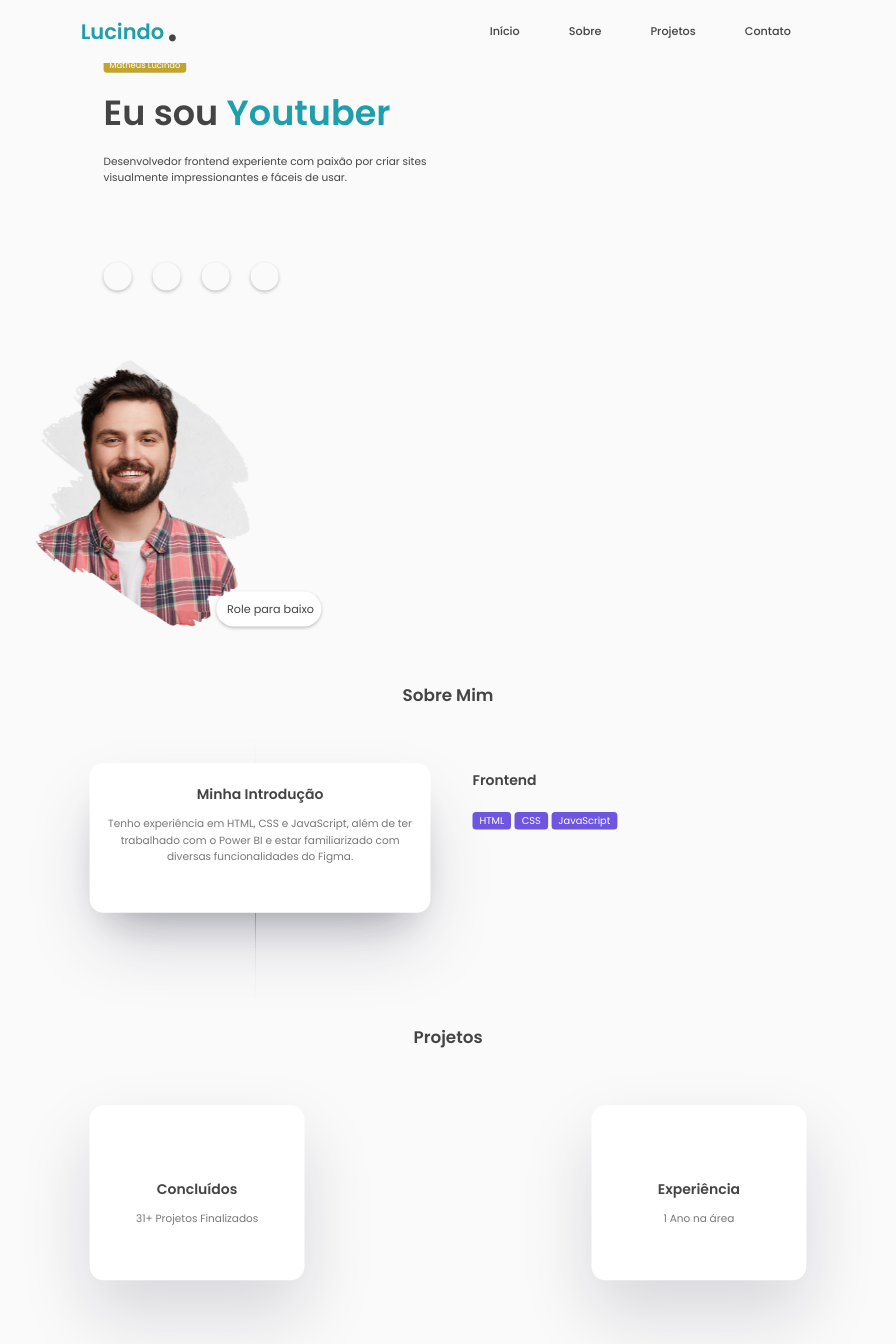
Repository: Matheus904-12/PrePortf
Page: index.html
These files come from the project's save history. The page is drawn as it stood at one moment and after the next save; the edit follows.
The browser window is 1280 px wide. The pictures show the part of the page from y = 0 to 1920 px (the page is 2858 px tall before and 3190 px after), at 70% of full size.
Some icons come from a web library that is not loaded, so they are not drawn.

Above is the page before, as saved 2023-09-29 12:13:18.

After the next save:
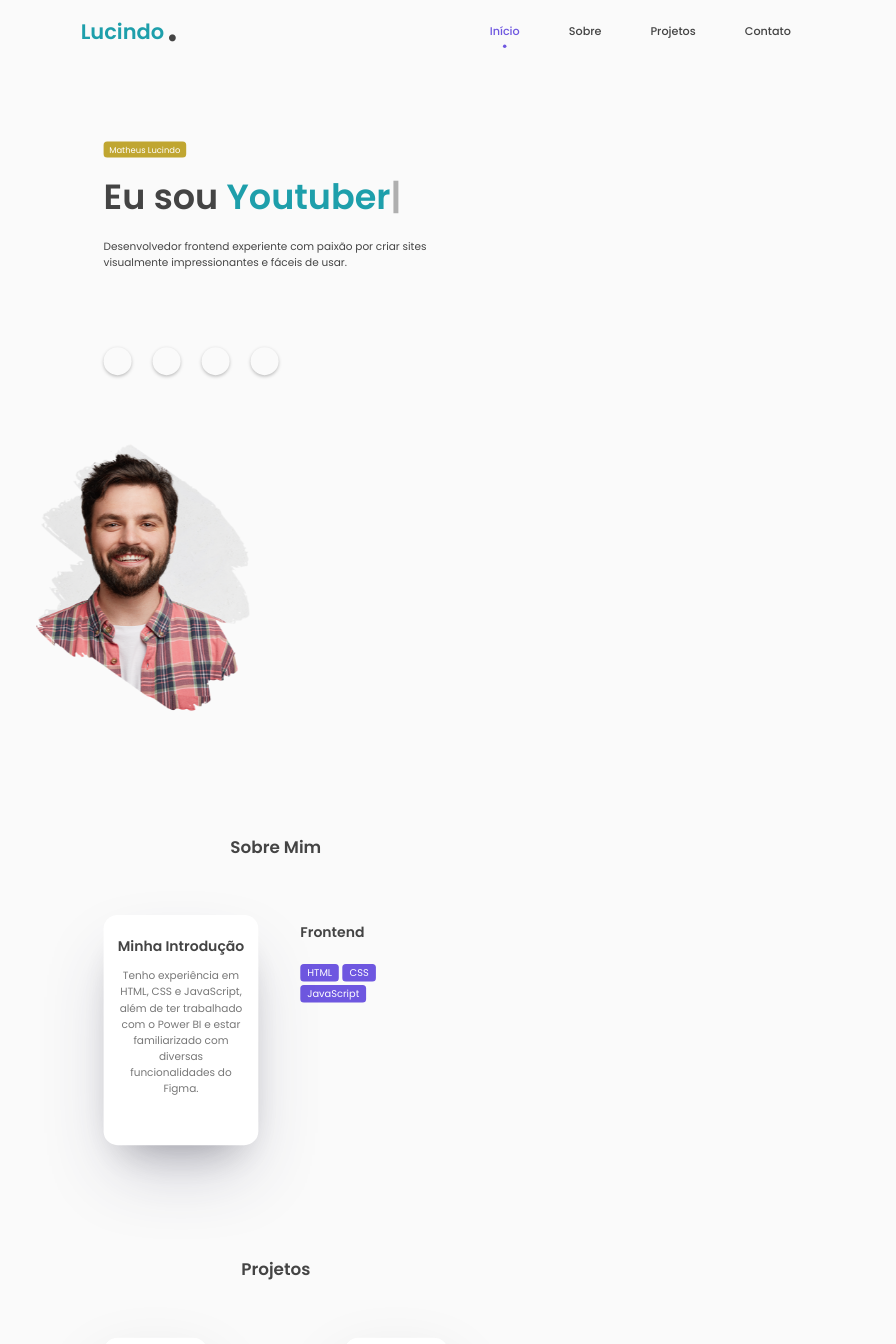
Saved 5 s later.
--- a/index.html
+++ b/index.html
@@ -59,7 +59,7 @@
             <br>
             <br>
             <br>
-            </b>
+            <br
             <section class="featured-box" id="home">
                 <div class="featured-text">
                     <div class="featured-text-card">
